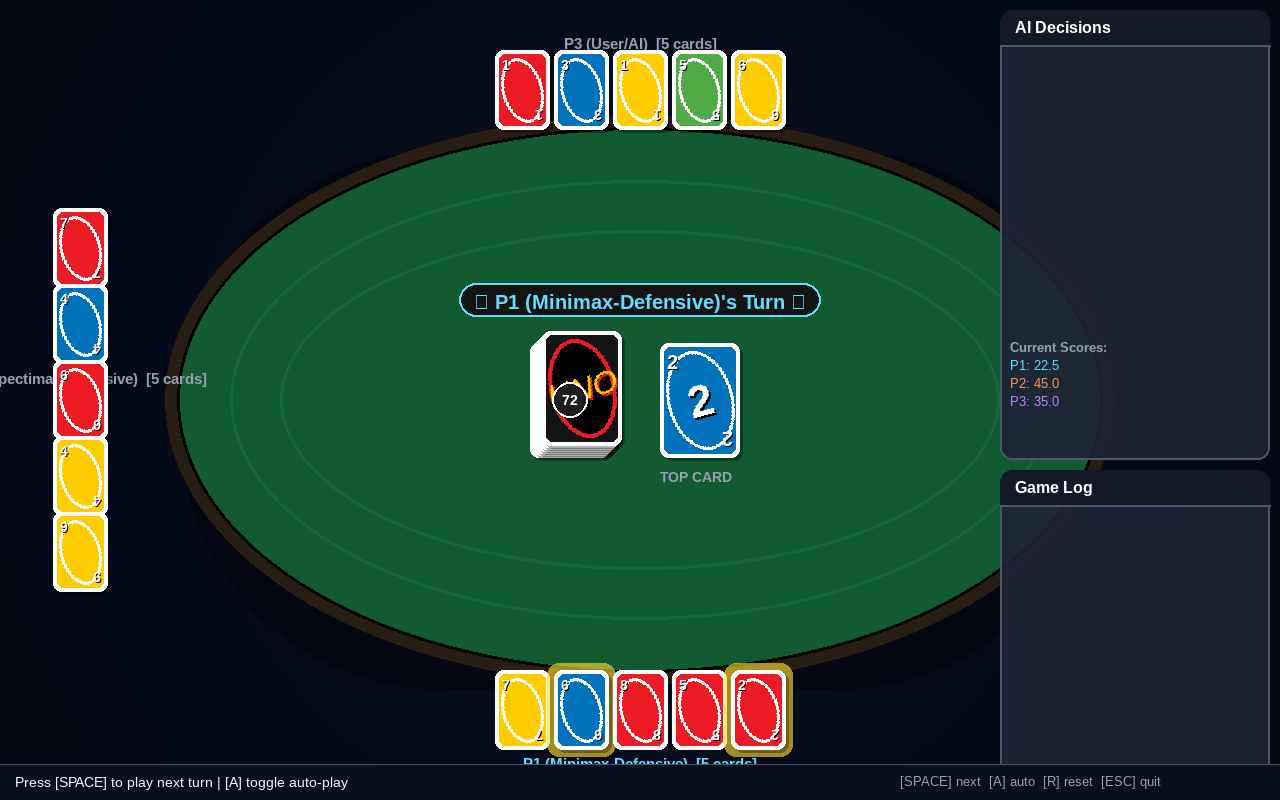
Repository: umeriqbal633/UNO_ADVERSARIAL_SEARCH
Script's output: python uno_gui.py
An editor plug-in stored every save of this project. The script's output is shown before and after the next save, followed by the edit.
The window is shown after at most 60 frames with no key pressed. A system font it names is replaced by a similar one. Random numbers start from a fixed seed.

Above is the script's output before, as saved 2026-03-29 23:14:32.

### uno_gui.py
"""
UNO Game – PyGame GUI (Bonus)
Visualises the 3-player AI game with cards, animations, and decision info.
Student ID: 24i-2528
"""

import sys
import os

# Ensure the script's directory is first on the path so uno_game.py is found
_HERE = os.path.dirname(os.path.abspath(__file__))
if _HERE not in sys.path:
    sys.path.insert(0, _HERE)

import pygame
import random
import time
import textwrap

import importlib
_ug = importlib.import_module('uno_game')
UNOGame         = _ug.UNOGame
Card            = _ug.Card
get_valid_moves = _ug.get_valid_moves
generate_deck   = _ug.generate_deck
GameState       = _ug.GameState
evaluate        = _ug.evaluate
minimax_with_tree = _ug.minimax_with_tree
expectimax      = _ug.expectimax
expectimax_chance = _ug.expectimax_chance
print_tree      = _ug.print_tree

# ─── Colours ───────────────────────────────────────────────────────────────────

BG_COLOR        = (15, 20, 35)
TABLE_COLOR     = (18, 90, 48)     # Richer felt green
TABLE_EDGE      = (40, 30, 20)     # Wood-like edge
PANEL_COLOR     = (30, 35, 55, 230) # Slightly transparent
PANEL_BORDER    = (80, 85, 110)
TEXT_COLOR      = (240, 245, 255)
TEXT_DIM        = (150, 160, 180)
GOLD            = (255, 215, 0)
WHITE           = (255, 255, 255)
BLACK           = (0, 0, 0)

CARD_COLORS = {
    'Red':    (237, 28, 36),     # Official UNO Red
    'Blue':   (0, 114, 188),     # Official UNO Blue
    'Green':  (80, 170, 70),     # Official UNO Green
    'Yellow': (255, 204, 0),     # Official UNO Yellow
    'Back':   (20, 20, 20),      # Dark back
}
CARD_BORDER = {
    'Red':    (255, 255, 255),
    'Blue':   (255, 255, 255),
    'Green':  (255, 255, 255),
    'Yellow': (255, 255, 255),
    'Back':   (255, 255, 255),
}

PLAYER_COLORS = [
    (100, 220, 255),   # P1 – cyan highlight
    (255, 150, 80),    # P2 – orange highlight
    (200, 130, 255),   # P3 – purple highlight
]

# ─── Dimensions ────────────────────────────────────────────────────────────────

SCREEN_W, SCREEN_H = 1280, 800
CARD_W, CARD_H     = 80, 115
SMALL_W, SMALL_H   = 55, 80
FPS                = 60

# ─── Visual Helpers ────────────────────────────────────────────────────────────

def draw_shadow(surface, rect, radius=10, offset=(4, 4)):
    """Draws a soft drop shadow."""
    shadow = pygame.Surface((rect.width, rect.height), pygame.SRCALPHA)
    pygame.draw.rect(shadow, (0, 0, 0, 80), shadow.get_rect(), border_radius=radius)
    surface.blit(shadow, (rect.x + offset[0], rect.y + offset[1]))

# ─── Card Rendering ────────────────────────────────────────────────────────────

def draw_card(surface, card, x, y, w=CARD_W, h=CARD_H, highlight=False, face_up=True, small=False):
    color_key = card.color if face_up else 'Back'
    fill  = CARD_COLORS.get(color_key, CARD_COLORS['Back'])

    rect = pygame.Rect(x, y, w, h)

    if highlight:
        glow = pygame.Surface((w + 14, h + 14), pygame.SRCALPHA)
        pygame.draw.rect(glow, (255, 220, 50, 160), glow.get_rect(), border_radius=12)
        surface.blit(glow, (x - 7, y - 7))

    # Drop shadow
    draw_shadow(surface, rect, radius=8, offset=(3,3))

    # White Border
    pygame.draw.rect(surface, WHITE, rect, border_radius=8)
    # Inner Color Fill
    inner = pygame.Rect(x + 4, y + 4, w - 8, h - 8)
    pygame.draw.rect(surface, fill, inner, border_radius=6)

    if face_up:
        # Classic UNO tilted oval inside
        oval_rect = pygame.Rect(0, 0, int(w*0.8), int(h*0.8))
        oval_rect.center = inner.center

        # We draw the oval on a separate transparent surface to allow rotation
        oval_surface = pygame.Surface((w, h), pygame.SRCALPHA)
        pygame.draw.ellipse(oval_surface, WHITE, oval_surface.get_rect().inflate(-14, -14))
        pygame.draw.ellipse(oval_surface, fill, oval_surface.get_rect().inflate(-20, -20))

        # Tilt the oval slightly like real UNO cards
        rotated_oval = pygame.transform.rotate(oval_surface, 15)
        ro_rect = rotated_oval.get_rect(center=inner.center)
        surface.blit(rotated_oval, ro_rect.topleft)

        font_size = 20 if not small else 14
        font = pygame.font.SysFont('Arial', font_size, bold=True)
        val_str = str(card.value)

        # Corner text
        txt = font.render(val_str, True, WHITE)
        # Add a tiny black drop shadow for the text
        shd = font.render(val_str, True, BLACK)
        surface.blit(shd, (x + 8, y + 8))
        surface.blit(txt, (x + 7, y + 7))

        txt2 = pygame.transform.rotate(txt, 180)
        shd2 = pygame.transform.rotate(shd, 180)
        surface.blit(shd2, (x + w - txt2.get_width() - 6, y + h - txt2.get_height() - 6))
        surface.blit(txt2, (x + w - txt2.get_width() - 7, y + h - txt2.get_height() - 7))

        if not small:
            val_str = str(card.value) if card.value != 'Skip' else '⊘'
            big_font = pygame.font.SysFont('Impact', 45, bold=True)
            big = big_font.render(val_str, True, WHITE)
            big_shd = big_font.render(val_str, True, BLACK)

            # Slight rotation for the big center text
            big_rot = pygame.transform.rotate(big, 15)
            big_shd_rot = pygame.transform.rotate(big_shd, 15)

            bx = x + w // 2 - big_rot.get_width() // 2
            by = y + h // 2 - big_rot.get_height() // 2
            surface.blit(big_shd_rot, (bx+2, by+2))
            surface.blit(big_rot, (bx, by))
    else:
        # Card back signature design
        oval_rect = pygame.Rect(0, 0, int(w*0.8), int(h*0.8))
        oval_rect.center = inner.center

        oval_surface = pygame.Surface((w, h), pygame.SRCALPHA)
        pygame.draw.ellipse(oval_surface, CARD_COLORS['Red'], oval_surface.get_rect().inflate(-14, -14))
        pygame.draw.ellipse(oval_surface, BLACK, oval_surface.get_rect().inflate(-22, -22))
        rotated_oval = pygame.transform.rotate(oval_surface, 15)
        ro_rect = rotated_oval.get_rect(center=inner.center)
        surface.blit(rotated_oval, ro_rect.topleft)

        # 'UNO' text on the back
        big_font = pygame.font.SysFont('Impact', 22 if small else 32, italic=True)
        big = big_font.render("UNO", True, CARD_COLORS['Yellow'])
        big_shd = big_font.render("UNO", True, CARD_COLORS['Red'])
        big_rot = pygame.transform.rotate(big, 15)
        big_shd_rot = pygame.transform.rotate(big_shd, 15)
        bx = x + w // 2 - big_rot.get_width() // 2
        by = y + h // 2 - big_rot.get_height() // 2
        surface.blit(big_shd_rot, (bx+2, by+2))
        surface.blit(big_rot, (bx, by))

def draw_card_back(surface, x, y, w=CARD_W, h=CARD_H):
    dummy = Card('Back', '?')
    draw_card(surface, dummy, x, y, w, h, face_up=False)


# ─── Panel Helper ──────────────────────────────────────────────────────────────

def draw_panel(surface, rect, title=None, border_color=PANEL_BORDER):
    # Glass effect background
    s = pygame.Surface((rect.width, rect.height), pygame.SRCALPHA)
    pygame.draw.rect(s, PANEL_COLOR, s.get_rect(), border_radius=12)
    surface.blit(s, (rect.x, rect.y))

    # Border
    pygame.draw.rect(surface, border_color, rect, width=2, border_radius=12)

    # Header area
    if title:
        header_rect = pygame.Rect(rect.x, rect.y, rect.width, 35)
        pygame.draw.rect(surface, (20, 25, 40, 200), header_rect, border_top_left_radius=12, border_top_right_radius=12)
        pygame.draw.line(surface, border_color, (rect.x, rect.y + 35), (rect.right, rect.y + 35), 2)

        font = pygame.font.SysFont('Arial', 16, bold=True)
        t = font.render(title, True, WHITE)
        surface.blit(t, (rect.x + 15, rect.y + 8))


def draw_text(surface, text, x, y, font_size=14, color=TEXT_COLOR, bold=False):
    font = pygame.font.SysFont('Arial', font_size, bold=bold)
    t = font.render(text, True, color)
    surface.blit(t, (x, y))
    return t.get_height()


# ─── Main GUI Class ────────────────────────────────────────────────────────────

class UNOGui:
    def __init__(self):
        pygame.init()
        self.screen = pygame.display.set_mode((SCREEN_W, SCREEN_H))
        pygame.display.set_caption("UNO – AI Simulation (24i-2528)")
        self.clock = pygame.time.Clock()

        self.game = UNOGame(p3_mode='simulation')
        random.seed(42)
        self.game.reset()

        self.running = True
        self.auto_play = False
        self.auto_delay = 1.5   # seconds between auto turns
        self.last_auto = 0

        self.log_lines = []
        self.decision_lines = []
        self.selected_card_idx = None   # for manual P3 mode

        self.animation_queue = []
        self.anim_card = None
        self.anim_start = None
        self.anim_end = None
        self.anim_t = 0

        self.status_msg = "Press [SPACE] to play next turn | [A] toggle auto-play"
        self.highlight_cards = []   # indices in current hand to highlight
        self.last_played = None

    def run(self):
        while self.running:
            self.handle_events()
            self.update()
            self.draw()
            self.clock.tick(FPS)
        pygame.quit()

    def handle_events(self):
        for event in pygame.event.get():
            if event.type == pygame.QUIT:
                self.running = False
            elif event.type == pygame.KEYDOWN:
                if event.key == pygame.K_ESCAPE:
                    self.running = False
                elif event.key == pygame.K_SPACE:
                    self.do_turn()
                elif event.key == pygame.K_a:
                    self.auto_play = not self.auto_play
                    self.status_msg = f"Auto-play: {'ON' if self.auto_play else 'OFF'}"
                elif event.key == pygame.K_r:
                    self.game = UNOGame(p3_mode='simulation')
                    random.seed(int(time.time()))
                    self.game.reset()
                    self.log_lines = []
                    self.decision_lines = []
                    self.last_played = None
                    self.status_msg = "Game reset! Press [SPACE] to start."

    def update(self):
        now = time.time()
        if self.auto_play and not self.game.game_over:
            if now - self.last_auto >= self.auto_delay:
                self.do_turn()
                self.last_auto = now

    def do_turn(self):
        if self.game.game_over:
            self.status_msg = f"Game Over! Winner: {self.game.PLAYER_NAMES[self.game.winner_idx]} | Press [R] to restart"
            return

        current = self.game.state.current_player
        lines = self.game.step()

        self.log_lines = lines[-20:]   # keep last 20 lines
        self.last_played = self.game.state.top_card

        # Extract decisions for display
        self.decision_lines = [l for l in lines if 'score' in l.lower() or 'decision' in l.lower() or 'expected' in l.lower()][:10]

        if self.game.game_over:
            self.status_msg = f"🏆 Winner: {self.game.PLAYER_NAMES[self.game.winner_idx]}! Press [R] to restart"
        else:
            next_p = self.game.PLAYER_NAMES[self.game.state.current_player]
            self.status_msg = f"Turn {self.game.turn_number} done | Next: {next_p} | [SPACE] next turn | [A] auto | [R] reset"

    def draw(self):
        self.screen.fill(BG_COLOR)
        self.draw_table()
        self.draw_player_areas()
        self.draw_center()
        self.draw_info_panel()
        self.draw_log_panel()
        self.draw_status_bar()
        pygame.display.flip()

    def draw_table(self):
        """Draw the green table ellipse."""
        # Draw a subtle radial gradient for the background
        center_x, center_y = SCREEN_W // 2, SCREEN_H // 2
        for radius in range(800, 0, -50):
            color = (
                max(5, BG_COLOR[0] - radius // 50),
                max(10, BG_COLOR[1] - radius // 50),
                max(20, BG_COLOR[2] - radius // 50)
            )
            pygame.draw.circle(self.screen, color, (center_x, center_y), radius)

        # Draw the main table with a thick edge and shadow
        table_rect = pygame.Rect(180, 130, 920, 540)
        draw_shadow(self.screen, table_rect, radius=260, offset=(0, 20))

        # Table rim
        pygame.draw.ellipse(self.screen, TABLE_EDGE, table_rect.inflate(30, 30))
        # Inner rim
        pygame.draw.ellipse(self.screen, (0, 0, 0), table_rect.inflate(6, 6))
        # Table felt
        pygame.draw.ellipse(self.screen, TABLE_COLOR, table_rect)

        # Draw some subtle concentric rings on the felt
        pygame.draw.ellipse(self.screen, (22, 105, 55), table_rect.inflate(-100, -100), width=3)
        pygame.draw.ellipse(self.screen, (22, 105, 55), table_rect.inflate(-200, -200), width=3)

    def draw_center(self):
        """Draw deck and top card in center."""
        cx, cy = 640, 400

        # Draw deck (pile of card backs) staggered for 3D effect
        deck_size = len(self.game.state.deck)
        for i in range(min(7, deck_size)):
            draw_card_back(self.screen, cx - 110 + i * 2, cy - CARD_H // 2 - i * 2)

        # Deck count styled like a chip
        font = pygame.font.SysFont('Arial', 14, bold=True)
        txt = font.render(f"{deck_size}", True, WHITE)
        pygame.draw.circle(self.screen, (30, 30, 30), (cx - 70, cy), 18)
        pygame.draw.circle(self.screen, WHITE, (cx - 70, cy), 18, width=2)
        self.screen.blit(txt, (cx - 70 - txt.get_width()//2, cy - txt.get_height()//2))

        # Top card
        top = self.game.state.top_card
        if top:
            draw_card(self.screen, top, cx + 20, cy - CARD_H // 2)
            draw_text(self.screen, "TOP CARD", cx + 20, cy + CARD_H // 2 + 12, 14, TEXT_DIM, bold=True)

        # Turn indicator arrow
        current = self.game.state.current_player
        col = PLAYER_COLORS[current]
        name = self.game.PLAYER_NAMES[current]
        font = pygame.font.SysFont('Arial', 20, bold=True)
        label = f"▶ {name}'s Turn ◀"

        # Draw label background for better visibility
        t = font.render(label, True, col)
        bg_rect = pygame.Rect(cx - t.get_width() // 2 - 15, cy - CARD_H // 2 - 60, t.get_width() + 30, 34)
        pygame.draw.rect(self.screen, (20, 20, 20, 180), bg_rect, border_radius=17)
        pygame.draw.rect(self.screen, col, bg_rect, width=2, border_radius=17)
        self.screen.blit(t, (cx - t.get_width() // 2, cy - CARD_H // 2 - 53))

    def draw_player_areas(self):
        """Draw each player's hand and label."""
        state = self.game.state
        current = state.current_player

        positions = [
            (640, 710, True, 45),     # P1 – bottom
            (80, 400, False, -30),    # P2 – left
            (640, 90, True, -55),     # P3 – top
        ]

        for idx in range(3):
            hand = state.hands[idx]
            cx, cy, horizontal, lbl_dy = positions[idx]
            col = PLAYER_COLORS[idx]
            is_current = (idx == current)
            name = self.game.PLAYER_NAMES[idx]

            # Player label
            font = pygame.font.SysFont('Arial', 15, bold=True)
            lbl = font.render(f"{name}  [{len(hand)} cards]", True, col if is_current else TEXT_DIM)
            self.screen.blit(lbl, (cx - lbl.get_width() // 2, cy + lbl_dy))

            # Cards
            n = len(hand)
            if n == 0:
                continue

            face_up = (idx == 0)   # only show P1's cards face up (for demo – change as needed)
            # Actually show all cards face up in simulation for educational value
            face_up = True

            if horizontal:
                spacing = min(SMALL_W + 4, (680) // max(n, 1))
                total_w = spacing * (n - 1) + SMALL_W
                start_x = cx - total_w // 2
                for j, card in enumerate(hand):
                    x = start_x + j * spacing
                    y = cy - SMALL_H // 2
                    valid = get_valid_moves(hand, state.top_card)
                    is_valid = card in valid
                    draw_card(self.screen, card, x, y,
                              SMALL_W, SMALL_H,
                              highlight=(is_current and is_valid),
                              face_up=face_up, small=True)
            else:
                # Vertical layout for side players
                spacing = min(SMALL_H + 4, 380 // max(n, 1))
                total_h = spacing * (n - 1) + SMALL_H
                start_y = cy - total_h // 2
                for j, card in enumerate(hand):
                    y = start_y + j * spacing
                    x = cx - SMALL_W // 2
                    valid = get_valid_moves(hand, state.top_card)
                    is_valid = card in valid
                    draw_card(self.screen, card, x, y,
                              SMALL_W, SMALL_H,
                              highlight=(is_current and is_valid),
                              face_up=face_up, small=True)

    def draw_info_panel(self):
        """Right panel showing AI decisions."""
        rect = pygame.Rect(SCREEN_W - 280, 10, 270, 450)
        draw_panel(self.screen, rect, "AI Decisions", PANEL_BORDER)

        y = rect.y + 30
        for line in self.decision_lines:
            clean = line.strip()
            if not clean:
                continue
            col = GOLD if ('DECISION' in clean or '→' in clean) else TEXT_COLOR
            if 'SKIP' in clean.upper():
                col = (255, 100, 100)
            # Word wrap
            chunks = textwrap.wrap(clean, width=33)
            for chunk in chunks:
                if y > rect.bottom - 20:
                    break
                draw_text(self.screen, chunk, rect.x + 10, y, 12, col)
                y += 16

        # Score display
        if not self.game.game_over:
            y = max(y, rect.y + 320)
            y += 10
            draw_text(self.screen, "Current Scores:", rect.x + 10, y, 13, TEXT_DIM, bold=True)
            y += 18
            state = self.game.state
            strategies = ['defensive', 'offensive', 'balanced']
            for i in range(3):
                sc = evaluate(state, i, strategies[i])
                draw_text(self.screen, f"P{i+1}: {round(sc, 1)}", rect.x + 10, y, 13, PLAYER_COLORS[i])
                y += 18

    def draw_log_panel(self):
        """Bottom-right log panel."""
        rect = pygame.Rect(SCREEN_W - 280, 470, 270, 320)
        draw_panel(self.screen, rect, "Game Log", PANEL_BORDER)

        y = rect.y + 28
        recent = self.log_lines[-14:]
        for line in recent:
            clean = line.strip()
            if not clean:
                continue
            col = GOLD if '🏆' in clean else (TEXT_DIM if clean.startswith('Turn') else TEXT_COLOR)
            chunks = textwrap.wrap(clean, width=33)
            for chunk in chunks:
                if y > rect.bottom - 15:
                    break
                draw_text(self.screen, chunk, rect.x + 8, y, 11, col)
                y += 14

    def draw_status_bar(self):
        """Bottom status bar."""
        bar = pygame.Rect(0, SCREEN_H - 36, SCREEN_W, 36)
        pygame.draw.rect(self.screen, (10, 15, 30), bar)
        pygame.draw.line(self.screen, PANEL_BORDER, (0, SCREEN_H - 36), (SCREEN_W, SCREEN_H - 36))

        col = GOLD if self.game.game_over else TEXT_COLOR
        draw_text(self.screen, self.status_msg, 15, SCREEN_H - 26, 14, col)

        # Key hints on right
        hints = "[SPACE] next  [A] auto  [R] reset  [ESC] quit"
        draw_text(self.screen, hints, SCREEN_W - 380, SCREEN_H - 26, 13, TEXT_DIM)


# ─── Entrypoint ────────────────────────────────────────────────────────────────

if __name__ == '__main__':
    gui = UNOGui()
    gui.run()

Loaded but not shown: uno_game.py (657 lines, source omitted)

After the next save:
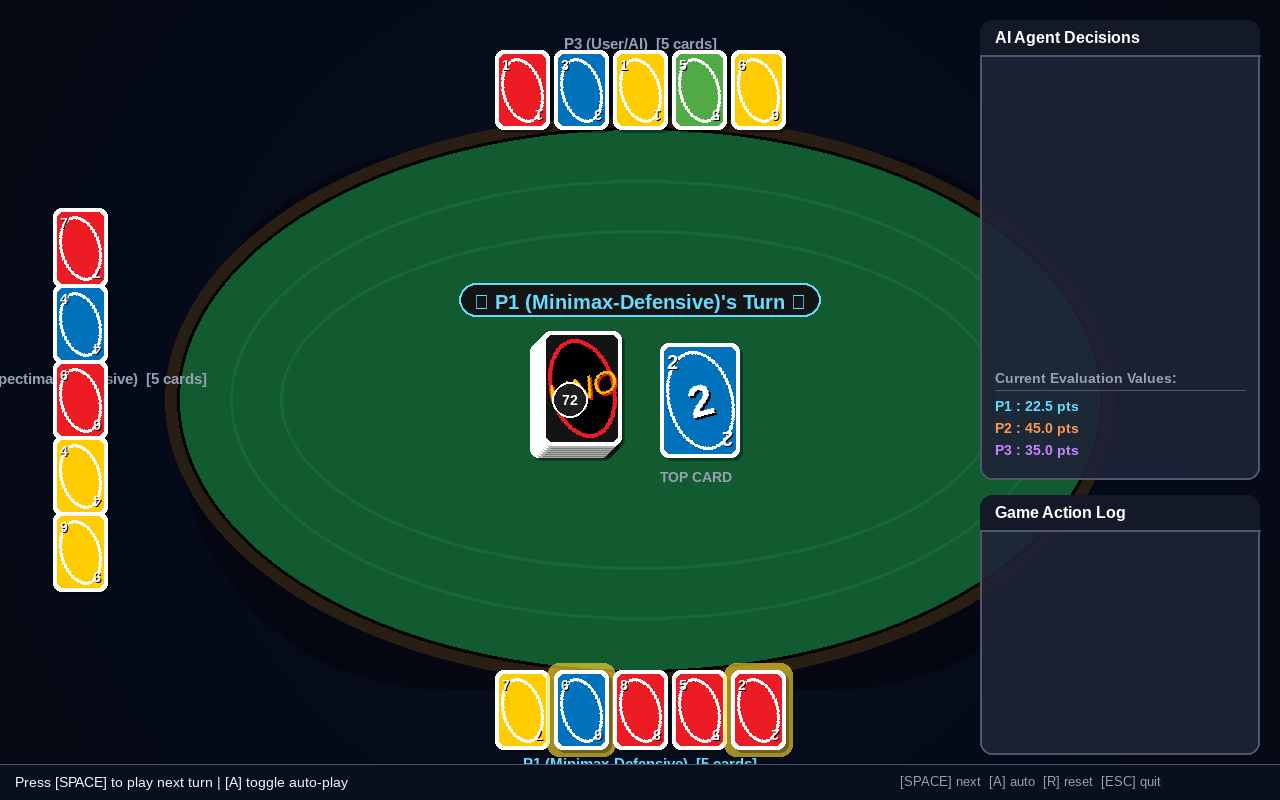
Saved 12 s later.
--- a/uno_gui.py
+++ b/uno_gui.py
@@ -426,10 +426,10 @@
 
     def draw_info_panel(self):
         """Right panel showing AI decisions."""
-        rect = pygame.Rect(SCREEN_W - 280, 10, 270, 450)
-        draw_panel(self.screen, rect, "AI Decisions", PANEL_BORDER)
-
-        y = rect.y + 30
+        rect = pygame.Rect(SCREEN_W - 300, 20, 280, 460)
+        draw_panel(self.screen, rect, "AI Agent Decisions", PANEL_BORDER)
+
+        y = rect.y + 45
         for line in self.decision_lines:
             clean = line.strip()
             if not clean:
@@ -438,44 +438,45 @@
             if 'SKIP' in clean.upper():
                 col = (255, 100, 100)
             # Word wrap
-            chunks = textwrap.wrap(clean, width=33)
+            chunks = textwrap.wrap(clean, width=35)
             for chunk in chunks:
                 if y > rect.bottom - 20:
                     break
-                draw_text(self.screen, chunk, rect.x + 10, y, 12, col)
-                y += 16
+                draw_text(self.screen, chunk, rect.x + 15, y, 13, col)
+                y += 18
 
         # Score display
         if not self.game.game_over:
-            y = max(y, rect.y + 320)
+            y = max(y, rect.y + 340)
             y += 10
-            draw_text(self.screen, "Current Scores:", rect.x + 10, y, 13, TEXT_DIM, bold=True)
-            y += 18
+            draw_text(self.screen, "Current Evaluation Values:", rect.x + 15, y, 14, TEXT_DIM, bold=True)
+            pygame.draw.line(self.screen, PANEL_BORDER, (rect.x + 15, y + 20), (rect.right - 15, y + 20), 1)
+            y += 28
             state = self.game.state
             strategies = ['defensive', 'offensive', 'balanced']
             for i in range(3):
                 sc = evaluate(state, i, strategies[i])
-                draw_text(self.screen, f"P{i+1}: {round(sc, 1)}", rect.x + 10, y, 13, PLAYER_COLORS[i])
-                y += 18
+                draw_text(self.screen, f"P{i+1} : {round(sc, 1)} pts", rect.x + 15, y, 14, PLAYER_COLORS[i], bold=True)
+                y += 22
 
     def draw_log_panel(self):
         """Bottom-right log panel."""
-        rect = pygame.Rect(SCREEN_W - 280, 470, 270, 320)
-        draw_panel(self.screen, rect, "Game Log", PANEL_BORDER)
-
-        y = rect.y + 28
-        recent = self.log_lines[-14:]
+        rect = pygame.Rect(SCREEN_W - 300, 495, 280, 260)
+        draw_panel(self.screen, rect, "Game Action Log", PANEL_BORDER)
+
+        y = rect.y + 45
+        recent = self.log_lines[-12:]
         for line in recent:
             clean = line.strip()
             if not clean:
                 continue
             col = GOLD if '🏆' in clean else (TEXT_DIM if clean.startswith('Turn') else TEXT_COLOR)
-            chunks = textwrap.wrap(clean, width=33)
+            chunks = textwrap.wrap(clean, width=35)
             for chunk in chunks:
                 if y > rect.bottom - 15:
                     break
-                draw_text(self.screen, chunk, rect.x + 8, y, 11, col)
-                y += 14
+                draw_text(self.screen, chunk, rect.x + 15, y, 12, col)
+                y += 16
 
     def draw_status_bar(self):
         """Bottom status bar."""
